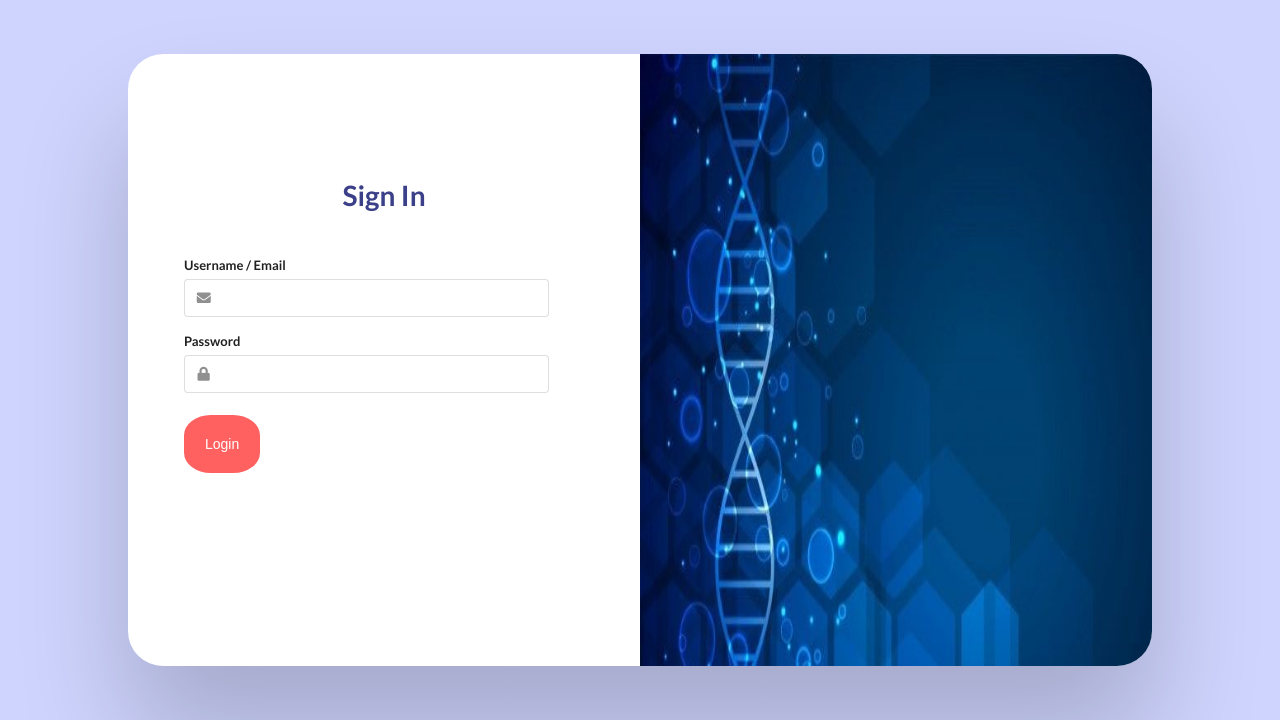
Repository: ajayaj2001/healthcare-digitization
Page: /
The author's editor kept a copy of each file at every save. The page is drawn from the files as they stood at one save, then again after the next save.
The browser window is 1280 px wide. The pictures show the whole page.
The project was rebuilt for these pictures with package versions that can differ from the ones it lists, and the page was loaded fresh each time. Also part of the build but not shown: src/component/userType/UserType.scss, src/component/userType/UserType.js.

Above is the page before, as saved 2021-03-12 21:19:47.

After the next save:
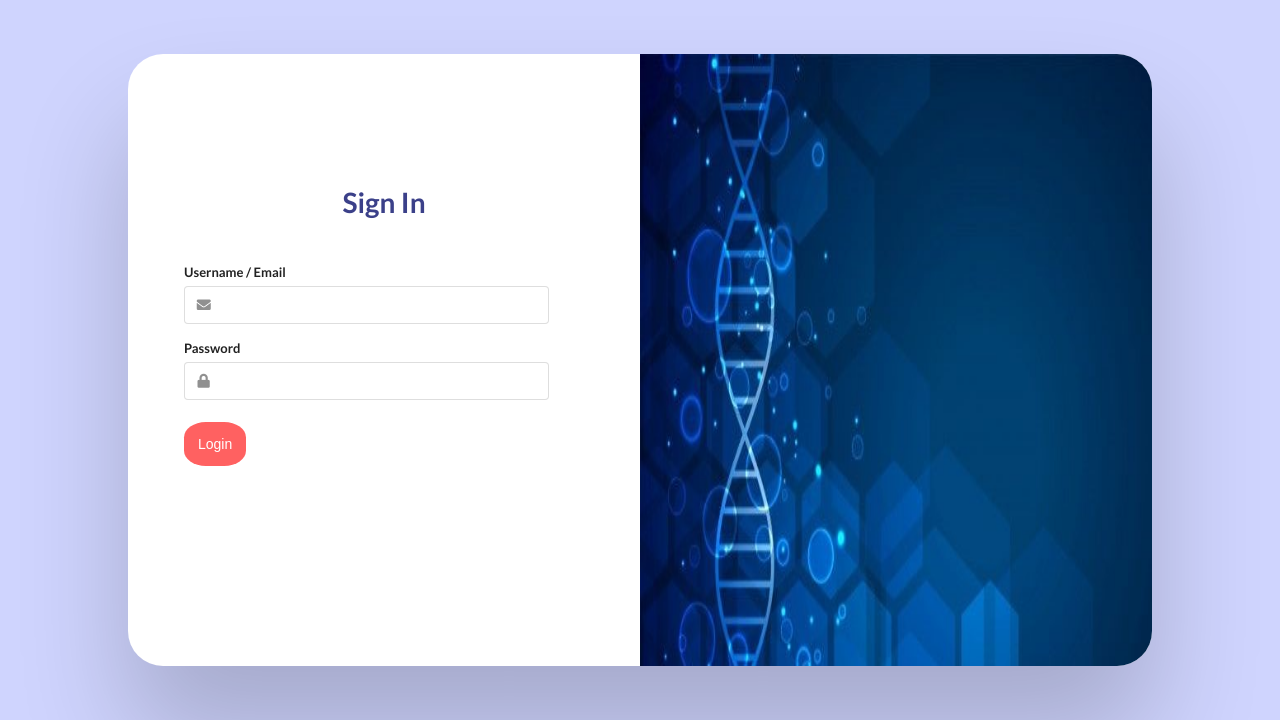
Saved 70 s later.
--- a/src/component/login/loginForm/LoginForm.scss
+++ b/src/component/login/loginForm/LoginForm.scss
@@ -8,7 +8,7 @@
     &__button {
         background-color: #ff6161;
         border: none;
-        padding: 1.5rem;
+        padding: 1rem;
         border-radius: 35%;
         color: white;
         margin-top: 0.6rem;
